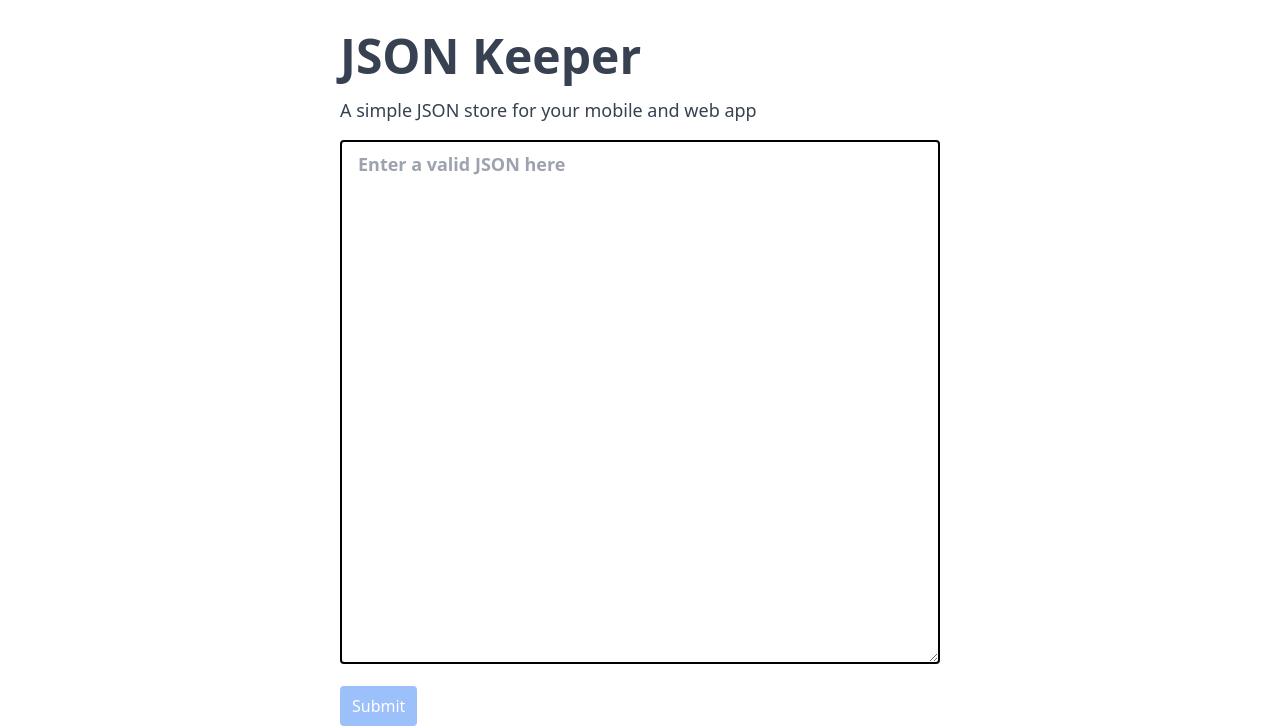
Repository: lakshithapramodya/jsonhub
Page: / (app in client/)
An editor plug-in stored every save of this project. The page is shown before and after the next save, followed by the edit.
The browser window is 1280 px wide. The pictures show the whole page.
The page's requests for data from a server got no answer. The project was rebuilt for these pictures with package versions that can differ from the ones it lists, and the page was loaded fresh each time. No one was signed in, and anything a server would have sent is missing. Also part of the build but not shown: client/src/HandleJsonData.js.

Above is the page before, as saved 2023-05-10 12:25:46.

### client/src/index.js
import React from "react";
import ReactDOM from "react-dom/client";
import "./index.css";
import App from "./App";
import { BrowserRouter, Route, Routes } from "react-router-dom";
import HandleJsonData from "./HandleJsonData";

const root = ReactDOM.createRoot(document.getElementById("root"));
root.render(
  <React.StrictMode>
    <BrowserRouter>
      <Routes>
        <Route path="/" element={<App />} />
        <Route path=":url" element={<HandleJsonData />} />
      </Routes>
    </BrowserRouter>
  </React.StrictMode>
);

### client/src/App.js
import { useState } from "react";
import { SERVER_ENDPOINT } from "./config/Default";
import axios from "axios";

function App() {
  const [input, setInput] = useState([]);
  const [url, setUrl] = useState("");

  const sendRequest = async () => {
    const res = await axios
      .post(`${SERVER_ENDPOINT}/api/json`, {
        text: input,
      })
      .then()
      .catch((err) => console.log(err));
    const data = res.data;
    return data;
  };

  const handleSubmit = (e) => {
    e.preventDefault();
    sendRequest().then((res) => {
      console.log(res.url);
      res && setInput([]);
      setUrl(res.url);
    });
  };

  function isJsonString(str) {
    try {
      JSON.parse(str);
    } catch (e) {
      return false;
    }
    return true;
  }

  return (
    <div className="min-w-full min-h-screen flex flex-col">
      {url && (
        <a href={`${SERVER_ENDPOINT}/${url}`}>{`${SERVER_ENDPOINT}/${url}`}</a>
      )}
      <div className="flex flex-col mx-auto mt-8 w-full md:w-1/2 items-center justify-center">
        <form onSubmit={handleSubmit} className="w-full space-y-4 px-5">
          <h1 className="text-5xl font-semibold text-gray-700">JSON Keeper</h1>
          <p className="text-gray-700 text-lg">
            A simple JSON store for your mobile and web app
          </p>
          <textarea
            placeholder="Enter a valid JSON here"
            onChange={(e) => setInput(e.target.value)}
            value={input}
            rows={18}
            className="border-2 border-black w-full rounded p-2 px-4 text-lg font-semibold focus:outline-none"
          />
          <button
            className="bg-blue-500 p-2 px-3 rounded text-white disabled:opacity-50"
            disabled={!isJsonString(input)}
            type="submit"
          >
            Submit
          </button>
        </form>
      </div>
    </div>
  );
}

export default App;

### client/src/config/Default.js
export const SERVER_ENDPOINT =
  process.env.REACT_APP_SERVER_ENDPOINT || "http://localhost:5000";

Loaded but not shown: client/public/index.html (common file); client/src/index.css (common file); client/tailwind.config.js (common file)

After the next save:
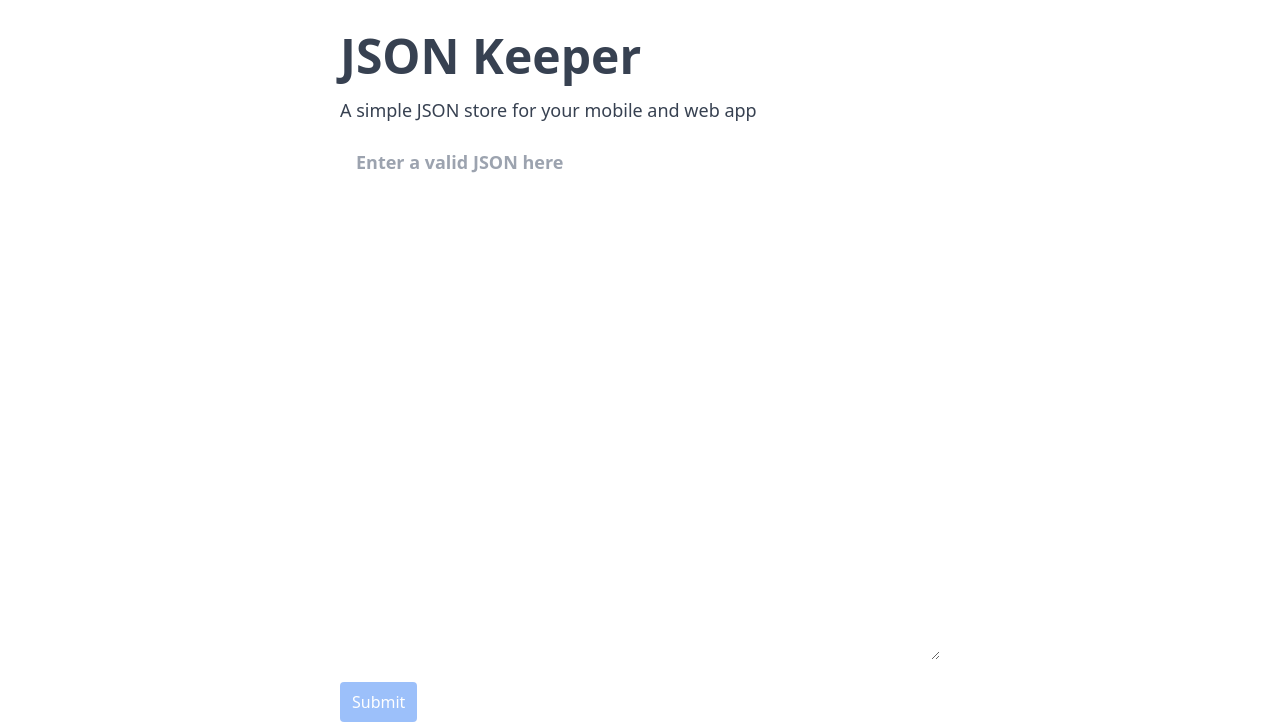
Saved 11 s later.
--- a/client/src/App.js
+++ b/client/src/App.js
@@ -51,7 +51,7 @@ function App() {
             onChange={(e) => setInput(e.target.value)}
             value={input}
             rows={18}
-            className="border-2 border-black w-full rounded p-2 px-4 text-lg font-semibold focus:outline-none"
+            className="border-1 border-black w-full rounded p-2 px-4 text-lg font-semibold focus:outline-none"
           />
           <button
             className="bg-blue-500 p-2 px-3 rounded text-white disabled:opacity-50"
